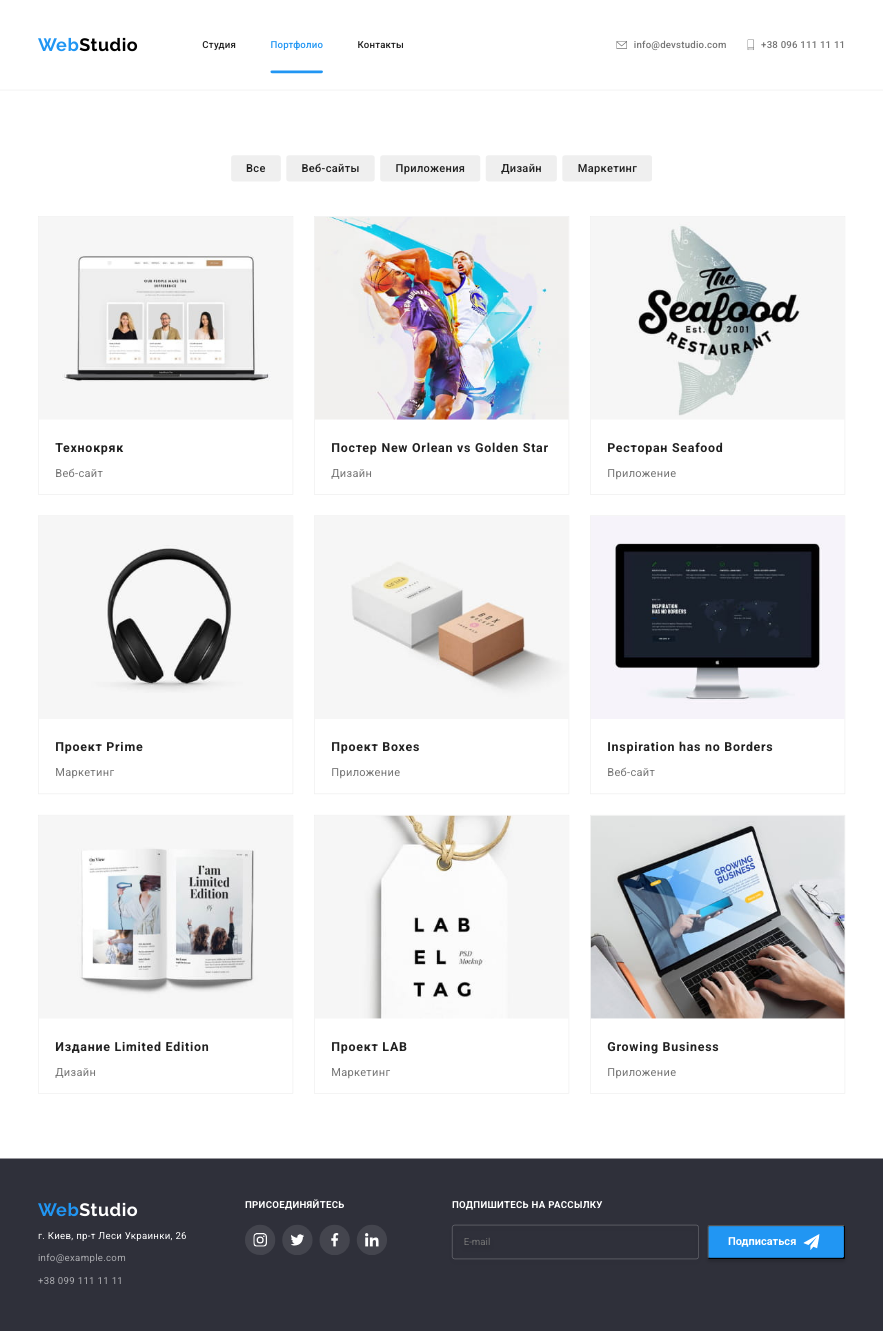
Repository: UliyaKucherernko/home-work-8
Page: porfolio.html
The author's editor kept a copy of each file at every save. The page is drawn from the files as they stood at one save, then again after the next save.
The browser window is 1280 px wide. The pictures show the whole page, at 69% of full size.
Some web libraries are served in a nearby version. The style sheet was rebuilt from its Sass, Less or Tailwind sources for each picture, by a compiler version that may differ from the author's.

Above is the page before, as saved 2021-05-05 19:15:53.

### porfolio.html
<!DOCTYPE html>
<html lang="en">
<head>
   <meta charset="UTF-8" />
   <meta http-equiv="X-UA-Compatible" content="IE=edge" />
   <meta name="viewport" content="width=device-width, initial-scale=1.0" />
   <title>WebStudio Портфолио</title>
   <link rel="stylesheet"
      href="https://cdnjs.cloudflare.com/ajax/libs/modern-normalize/1.0.0/modern-normalize.min.css" />
   <link rel="preconnect" href="https://fonts.gstatic.com" />
   <link
      href="https://fonts.googleapis.com/css2?family=Raleway:wght@700&family=Roboto:wght@400;500;700;900&display=swap"
      rel="stylesheet" />
   <link rel="stylesheet" href="./css/styles.min.css" />
</head>
<body>
<header class="header">
   <div class="header__container container">
      <nav class="navigation">
         <a class="link logo" href="index.html">
            <span class="web">Web</span><span class="studio">Studio</span></a>
         <ul class="list">
            <li class="header__menu-item">
               <a href="./index.html" class="link header__menu-link">Студия</a>
            </li>
            <li class="header__menu-item">
               <a href="./porfolio.html" class="link header__menu-link current">Портфолио</a>
            </li>
            <li class="header__menu-item">
               <a href="" class="link header__menu-link">Контакты</a>
            </li>
         </ul>
      </nav>
      <div class="list header__contact-item">
         <a class="link header__link" href="mailto:info@devstudio.com">
            <svg class="header__icon" width="16" height="12">
               <use href="./images/icons-sprite.svg#icon-mail"></use>
            </svg>
            info@devstudio.com
         </a>
         <a class="link header__link" href="tel:+380961111111">
            <svg class="header__icon" width="10" height="16">
               <use href="./images/icons-sprite.svg#icon-phone"></use>
            </svg>
            +38 096 111 11 11
         </a>
      </div>
   </div>
</header>
     <!--что входит в портфолио-->
    <main>
      <section class="gallery">
         <div class="container">
          <ul class="list gallery__btn">
              <li><button class="gallery__btn-filtr" type="button">Все</button></li>
              <li><button class="gallery__btn-filtr" type="button">Веб-сайты</button></li>
              <li><button class="gallery__btn-filtr" type="button">Приложения</button></li>
              <li><button class="gallery__btn-filtr" type="button">Дизайн</button></li>
              <li><button class="gallery__btn-filtr" type="button">Маркетинг</button></li>
          </ul>
 <ul class="gallery__list">
      <div class="gallery__card">
         <div class="gallery__thumb">
            <li><img src="./images/1-monitor.jpg" alt="на мониторе 3 фотокарточки людей" width="370">
               <div class="gallery__overlay">
                  <p class="gallery__text-overlay">Технокряк это современная площадка распространения коронавируса.
                        Компании используют эту платформу для цифрового
                        шпионажа и атак на защищённые сервера конкурентов.</p>
               </div>
            </li>
         </div>
                  <div class="gallery__text">
                       <h3 class="gallery__name">Технокряк</h3>
                       <p class="gallery__main-name">Веб-сайт</p>
                  </div>
      </div>
      <div class="gallery__card">
         <div class="gallery__thumb">
            <li><img src="./images/2-nba.jpg" alt="2 прня играют в баскетбол" width="370">
               <div class="gallery__overlay">
                     <p class="gallery__text-overlay">New Orleans Pelicans — профессиональный баскетбольный клуб,
                         выступающий в Национальной баскетбольной ассоциации.
                     Изначально годом основания команды считался 1988 год.</p>
               </div>
            </li>
         </div>
                  <div class="gallery__text">
                     <h3 class="gallery__name">Постер New Orlean vs Golden Star</h3>
                        <p class="gallery__main-name">Дизайн</p>
                  </div>
      </div>
      <div class="gallery__card">
         <div class="gallery__thumb">
            <li><img src="./images/3-seafood.jpg" alt="рыбный ресторан" width="370">
               <div class="gallery__overlay">
                     <p class="gallery__text-overlay">Рыбный ресторан «Seafood» расположен по бульвару Леси Украинки, недалеко от станции метро Печерская. При входе
                     слева расположен большой аквариум со свежими устрицами.</p>
               </div>
            </li>
         </div>
                  <div class="gallery__text">
                     <h3 class="gallery__name">Ресторан Seafood</h3>
                     <p class="gallery__main-name">Приложение</p>
                  </div>
      </div>
      <div class="gallery__card">
         <div class="gallery__thumb">
            <li><img src="./images/4-prime.jpg" alt="наушники" width="370">
               <div class="gallery__overlay">
                  <p class="gallery__text-overlay">Наушники представляют собой пару небольших по размеру головных телефона или блока наушника,
                      надеваемых на голову или вставляемых прямо в ушные каналы.</p>
               </div>
            </li>
         </div>
                  <div class="gallery__text">
                     <h3 class="gallery__name">Проект Prime</h3>
                     <p class="gallery__main-name">Маркетинг</p>
                  </div>
      </div>

      <div class="gallery__card">
         <div class="gallery__thumb">
            <li><img src="./images/5-boxes.jpg" alt="2 коробки разного размера" width="370">
               <div class="gallery__overlay">
                  <p class="gallery__text-overlay">BOXES - изделие простой конструкции из картона или другого плотного материала
                      в форме многогранника</p>
               </div>
            </li>
         </div>
                  <div class="gallery__text">
                     <h3 class="gallery__name">Проект Boxes</h3>
                     <p class="gallery__main-name">Приложение</p>
                  </div>
      </div>

      <div class="gallery__card">
         <div class="gallery__thumb">
            <li><img src="./images/6-borders.jpg" alt="монитор борд с картой мира" width="370">
               <div class="gallery__overlay">
                  <p class="gallery__text-overlay">Реклама - аправление в маркетинговых коммуникациях, в рамках которого производится
                     распространение информации для привлечения
                  внимания к объекту рекламирования с целью формирования или поддержания интереса к нему.</p>
               </div>
            </li>
         </div>
                  <div class="gallery__text">
                     <h3 class="gallery__name">Inspiration has no Borders</h3>
                     <p class="gallery__main-name">Веб-сайт</p>
                  </div>
      </div>
      <div class="gallery__card">
         <div class="gallery__thumb">
            <li><img src="./images/7-magazine.jpg" alt="журнал" width="370">
               <div class="gallery__overlay">
                  <p class="gallery__text-overlay">Специальный вид издания художественного произведения, куда включены дополнительные материалы, отсутствующие в стандартной версии.</p>
               </div>
            </li>
         </div>
                  <div class="gallery__text">
                     <h3 class="gallery__name">Издание Limited Edition</h3>
                     <p class="gallery__main-name">Дизайн</p>
                  </div>
      </div>
      <div class="gallery__card">
         <div class="gallery__thumb">
            <li><img src="./images/8-labels.jpg" alt="белая этикетка бирка" width="370">
               <div class="gallery__overlay">
                  <p class="gallery__text-overlay">Label-графический или текстовый знак,
                     нанесённый в виде наклейки, бирки или талона на товар, экспонат, любой другой продукт
                  производства, с указанием торговой марки производителя.</p>
               </div>
            </li>
         </div>
                  <div class="gallery__text">
                     <h3 class="gallery__name">Проект LAB</h3>
                     <p class="gallery__main-name">Маркетинг</p>
                  </div>
      </div>
      <div class="gallery__card">
         <div class="gallery__thumb">
            <li><img src="./images/9-nout.jpg" alt="печатают на ноуте" width="370">
               <div class="gallery__overlay">
                  <p class="gallery__text-overlay">Offline/Online - работа, доступная для широких масс населения, использующая главные достоинства Интернета</p>
               </div>
            </li>
         </div>
                     <div class="gallery__text">
                        <h3 class="gallery__name">Growing Business</h3>
                        <p class="gallery__main-name">Приложение</p>
                     </div>
      </div>
   </ul>
      </div>
     </section>
    </main>

   <!--подвал-->
   <footer class="footer">
      <div class="container footer__container">
         <div class="footer__block">
            <a class="link logo" href="index.html">
               <span class="web">Web</span><span class="footer__studio">Studio</span></a>
            <address>
               <ul class="footer__list">
                  <li>
                     <a href="" class="link footer__adress">г. Киев, пр-т Леси Украинки, 26</a>
                  </li>
                  <li>
                     <a href="mailto:info@example.com" class="link footer__contact">info@example.com</a>
                  </li>
                  <li>
                     <a href="+380991111111" class="link footer__contact">+38 099 111 11 11</a>
                  </li>
               </ul>
            </address>
         </div>
         <div class="footer__block">
            <p class="footer__sleng">присоединяйтесь</p>
            <ul class="social-icons">
               <li class="social-icon-item">
                  <a href="" class="social-icon-link footer__icon">
                     <svg>
                        <use href="./images/icons-sprite.svg#icon-instagram"></use>
                     </svg>
                  </a>
               </li>
               <li class="social-icon-item">
                  <a href="" class="social-icon-link footer__icon">
                     <svg>
                        <use href="./images/icons-sprite.svg#icon-twitter"></use>
                     </svg>
                  </a>
               </li>
               <li class="social-icon-item">
                  <a href="" class="social-icon-link footer__icon">
                     <svg>
                        <use href="./images/icons-sprite.svg#icon-facebook"></use>
                     </svg>
                  </a>
               </li>
               <li class="social-icon-item">
                  <a href="" class="social-icon-link footer__icon">
                     <svg>
                        <use href="./images/icons-sprite.svg#icon-linkedin"></use>
                     </svg>
                  </a>
               </li>
            </ul>
         </div>
         <div class="footer__block">
            <p class="footer__sleng">подпишитесь на рассылку</p>
            <form name="footer__form" class="footer__form" novalidate>
               <input type="email" name="email" class="footer__contact-form" id="user_email" placeholder="E-mail" />
               <button type="submit" class="footer__button">Подписаться
                  <svg class="footer__icon-send" width="24px" height="24px">
                     <use href="./images/icons-sprite.svg#icon-icon-send"></use>
                  </svg>
               </button>
            </form>
         </div>
      </div>
   </footer>
   </body>
   </html>

### sass/styles.scss
@import "./vendors/modern-normalize";
@import "./utils/variables";

@import "./base/common";
@import "./base/container";

@import "./components/button";
@import "./components/social-icon";
@import "./components/logo";
@import "./components/section-title";
@import "./components/modal";
@import "./components/modal-form";
@import "./components/contract-checkbox";

@import "./layouts/grid";
@import "./layouts/header";
@import "./layouts/footer";
@import "./layouts/hero";
@import "./layouts/gallery";
@import "./layouts/work";
@import "./layouts/team";
@import "./layouts/cliens";
@import "./layouts/features";
@import "./layouts/navigation";

### sass/utils/_variables.scss
:root {
  --main-text-color: #757575;
  --accent-color: #2196f3;
  --title-color: #212121;
  --dark-bg-color: #2f303a;
  --content-color: #ffffff;
  --team-color: #f5f4fa;
  --social-color: #afb1b8;
  --grid-item: 1;
}

### sass/base/_common.scss
:focus {
  outline: none;
}

*,
*::after,
*::before {
  box-sizing: inherit;
}

address {
  font-style: normal;
}

body {
  font-family: "Roboto", sans-serif;
  font-size: 14px;
  font-weight: 500;
  line-height: 16px;
  letter-spacing: 0.02em;
  text-align: left;
  color: var(--main-text-color);
  margin: 0;
}

.link {
  text-decoration: none;
  color: inherit;
}
h1,
h2,
h3,
p,
ul,
li {
  margin: 0;
  padding: 0;
}

.list {
  display: flex;
  justify-content: center;
  margin-top: 0;
  margin-bottom: 0;
  padding-left: 0;
  list-style: none;
}

### sass/base/_container.scss
.container {
  width: 1200px;
  padding-left: 15px;
  padding-right: 15px;
  margin-right: auto;
  margin-left: auto;
  box-sizing: border-box;
}

.header__container {
  color: var(--title-color);
  display: flex;
  justify-content: flex-end;
  align-items: center;
}

.footer__container {
  display: flex;
  justify-content: space-between;
}

### sass/components/_button.scss
button:hover,
button:focus {
  background: var(--accent-color);
  color: var(--content-color);
  transition-duration: 250ms;
  transition-timing-function: cubic-bezier(0.4, 0, 0.2, 1);
}

button {
  cursor: pointer;
  font-family: inherit;
}

### sass/components/_social-icon.scss
.social-icons {
  display: inline-flex;
}

.social-icon-item {
  display: block;
}

.social-icon-item svg {
  width: 20px;
  height: 20px;
}

.social-icon-item:not(:last-child) {
  margin-right: 10px;
}

.social-icon-link {
  display: flex;
  justify-content: center;
  align-items: center;
  width: 44px;
  height: 44px;
  border-radius: 50%;
}

.social-icon-link:hover,
.social-icon-link:focus {
  background-color: var(--accent-color);
  transition-duration: 250ms;
  transition-timing-function: cubic-bezier(0.4, 0, 0.2, 1);
}

### sass/components/_logo.scss
.logo {
  font-family: Raleway;
  font-weight: 700;
  font-size: 26px;
  line-height: 1.19;
  letter-spacing: 0.03em;
}

.web {
  color: var(--accent-color);
}

.studio {
  color: #000000;
  margin-right: 93px;
}

.footer__studio {
  color: var(--content-color);
}

### sass/components/_section-title.scss
.section-title {
  margin-top: 0;
  margin-bottom: 0;
  text-align: center;
  font-weight: 700;
  font-size: 36px;
  line-height: 1.16;
  letter-spacing: 0.03em;
  color: var(--title-color);
}

### sass/components/_modal-form.scss
.modal__form {
  width: 100%;
  margin-right: auto;
  margin-left: auto;
}

.modal__form-block {
  position: relative;
  height: 40px;
  margin-bottom: 10px;
}

.modal__form-block:hover svg,
.modal__form-block:focus svg {
  fill: var(--accent-color);
  transition-duration: 250ms;
  transition-timing-function: cubic-bezier(0.4, 0, 0.2, 1);
}

.modal__form-blok {
  position: relative;
  width: 100%;
}

textarea {
  font-family: inherit;
  width: 100%;
  border-width: 2px;
  border-radius: 4px;
  padding: 12px 16px;
  border-color: rgba(33, 33, 33, 0.2);
  resize: none;
  margin-top: 4px;
  margin-bottom: 20px;
}

### sass/layouts/_grid.scss
.grid-item {
  flex-basis: calc((100% - 30px * var(--grid-item)) / var(--grid-item));
}

### sass/layouts/_header.scss
.header {
  padding: 25px 0;
  border-bottom: 1px solid #eeeeee;
}

.header__adress {
  font-weight: 500;
  font-size: 14px;
  line-height: 1.14;
  letter-spacing: 0.02em;
  color: var(--main-text-color);
}

.header__menu-link {
  position: relative;
  display: block;
  padding-top: 32px;
  padding-bottom: 32px;
  transition-duration: 250ms;
  transition-timing-function: cubic-bezier(0.4, 0, 0.2, 1);
}

.header__link {
  display: inline-flex;
  align-items: center;
  text-decoration: none;
  font-style: normal;
  font-weight: 500;
  font-size: 14px;
  letter-spacing: 0.02em;
  color: var(--main-text-color);
}

.header__menu-item:not(:last-child) {
  margin-right: 50px;
}

.header__link:hover,
.header__link:focus {
  color: var(--accent-color);
  transition-duration: 250ms;
  transition-timing-function: cubic-bezier(0.4, 0, 0.2, 1);
}

.header__link:not(:last-child) {
  margin-right: 30px;
}

.header__icon {
  fill: var(--main-text-color);
  margin-right: 10px;
}

.header__menu-link:hover,
.header__menu-link:focus {
  color: var(--accent-color);
  transition-duration: 250ms;
  transition-timing-function: cubic-bezier(0.4, 0, 0.2, 1);
}

.header__link:hover .header__icon,
.header__link:focus .header__icon {
  fill: var(--accent-color);
  transition-duration: 250ms;
  transition-timing-function: cubic-bezier(0.4, 0, 0.2, 1);
}

.current {
  color: var(--accent-color);
}

.current::after {
  content: "";
  position: absolute;
  display: block;
  width: 100%;
  height: 4px;
  border-radius: 2px;
  left: 0;
  bottom: -1px;
  background-color: var(--accent-color);
}

### sass/layouts/_hero.scss
.hero__section {
  max-width: 1600px;
  height: 600px;
  margin-left: auto;
  margin-right: auto;
  padding: 200px 0;
  box-sizing: border-box;
  background: #c4c4c4;
}

.hero {
  display: flex;
  flex-direction: column;
  justify-content: center;
  align-items: center;
}

.hero__sleng {
  margin-top: auto;
  margin-bottom: 30px;
  margin-left: auto;
  margin-right: auto;
  width: 696px;
  height: 120px;
  font-weight: 900;
  font-size: 44px;
  line-height: 1.36;
  letter-spacing: 0.06em;
  text-transform: uppercase;
  text-align: center;
  color: var(--content-color);
}

.overlay {
  max-width: 1600px;
  height: 600px;
  margin-left: auto;
  margin-right: auto;
  background-image: linear-gradient(
      to right,
      rgba(47, 48, 58, 0.4),
      rgba(47, 48, 58, 0.4)
    ),
    url(../images/team-overlay.jpg);
  background-repeat: no-repeat;
  background-position: center;
  background-size: cover;
}

.hero__btn {
  padding: 10px 32px;
  min-width: 136px;
  font-weight: 700;
  font-size: 16px;
  line-height: 1.87;
  letter-spacing: 0.06em;
  background: var(--accent-color);
  border-radius: 4px;
  border: 0;
  color: #ffffff;
}

### sass/layouts/_work.scss
.work {
  padding: 94px 0;
}

.work__box-product {
  position: relative;
  height: 294px;
  padding: 0;
}

.work__box-product:not(:last-child) {
  margin-right: 30px;
}

.work__boxes {
  display: flex;
  margin-top: 50px;
  list-style: none;
  padding-left: 0;
}

.work__content {
  position: absolute;
  display: flex;
  justify-content: center;
  align-items: center;
  font-weight: bold;
  line-height: 1.14;
  text-transform: uppercase;
  top: 224px;
  right: 0;
  width: 100%;
  height: 70px;
  color: var(--content-color);
  background-color: rgba(47, 48, 58, 0.8);
}

### sass/layouts/_team.scss
.team {
  padding: 94px 0;
  background-color: var(--team-color);
}

.team__body {
  display: flex;
  justify-content: center;
  margin-top: 50px;
  list-style: none;
}

.team__card {
  text-align: center;
  background: white;
  width: 270px;
  height: 428px;
  box-sizing: border-box;
  box-shadow: 0px 1px 3px rgba(0, 0, 0, 0.12), 0px 1px 1px rgba(0, 0, 0, 0.14),
    0px 2px 1px rgba(0, 0, 0, 0.2);
  border-radius: 0px 0px 4px 4px;
}

.team__card:not(:last-child) {
  margin-right: 30px;
}

.team__names {
  padding: 30px 0;
}

.names {
  margin-bottom: 10px;
  font-weight: 500;
  font-size: 16px;
  line-height: 1.18;
  letter-spacing: 0.03em;
  color: var(--title-color);
}

.team__profession {
  margin-top: 10px;
  margin-bottom: 16px;
  font-weight: 400;
  font-size: 16px;
  line-height: 1.18;
  letter-spacing: 0.03em;
  color: var(--main-text-color);
}

.team__icon svg {
  fill: var(--social-color);
}

.team__icon:hover svg,
.team__icon:focus svg {
  fill: var(--content-color);
  transition-duration: 250ms;
  transition-timing-function: cubic-bezier(0.4, 0, 0.2, 1);
}

### sass/layouts/_cliens.scss
.clients {
  padding: 94px 0;
}

.client__logo {
  fill: var(--social-color);
}

.clients__list {
  display: flex;
  align-items: center;
  justify-content: center;
  list-style: none;
}

.client__logo:hover,
.client__logo:focus {
  fill: var(--accent-color);
  transition-duration: 250ms;
  transition-timing-function: cubic-bezier(0.4, 0, 0.2, 1);
}

.clients__item:not(:last-child) {
  margin-right: 30px;
}

.client__link {
  margin-top: 50px;
  display: flex;
  justify-content: center;
  align-items: center;
  width: 170px;
  height: 90px;
  border: 1px solid #afb1b8;
  border-radius: 4px;
}

.client__link:hover,
.client__link:focus {
  border: 1px solid var(--accent-color);
  transition-duration: 250ms;
  transition-timing-function: cubic-bezier(0.4, 0, 0.2, 1);
}

### sass/layouts/_features.scss
.features {
  padding-top: 94px;
}

.feature__list {
  display: flex;
  padding-left: 0;
  list-style: none;
}

.feature__item {
  width: 270px;
}

.feature__item:not(:last-child) {
  margin-right: 30px;
}

.feature__icon {
  display: inline-flex;
  justify-content: center;
  align-items: center;
  padding: 25px 0;
  background-color: var(--team-color);
  border-radius: 4px;
  width: 270px;
}

.feature__main-text {
  margin-top: 30px;
  font-weight: 700;
  font-size: 14px;
  line-height: 1.14;
  letter-spacing: 0.03em;
  text-transform: uppercase;
  color: var(--title-color);
}

.feature__text {
  margin-top: 12px;
  font-weight: 400;
  font-size: 14px;
  line-height: 1.71;
  letter-spacing: 0.03em;
  color: var(--main-text-color);
  font-size: 14px;
  line-height: 1.71;
  letter-spacing: 0.03em;
  color: var(--main-text-color);
}

### sass/layouts/_navigation.scss
.navigation {
  display: flex;
  align-items: center;
  margin-right: auto;
}

Loaded but not shown: sass/components/_modal.scss (157 lines, source omitted); sass/layouts/_gallery.scss (113 lines, source omitted); sass/layouts/_footer.scss (106 lines, source omitted); sass/vendors/_modern-normalize.scss (1 lines, source omitted); sass/components/_contract-checkbox.scss (65 lines, source omitted)

After the next save:
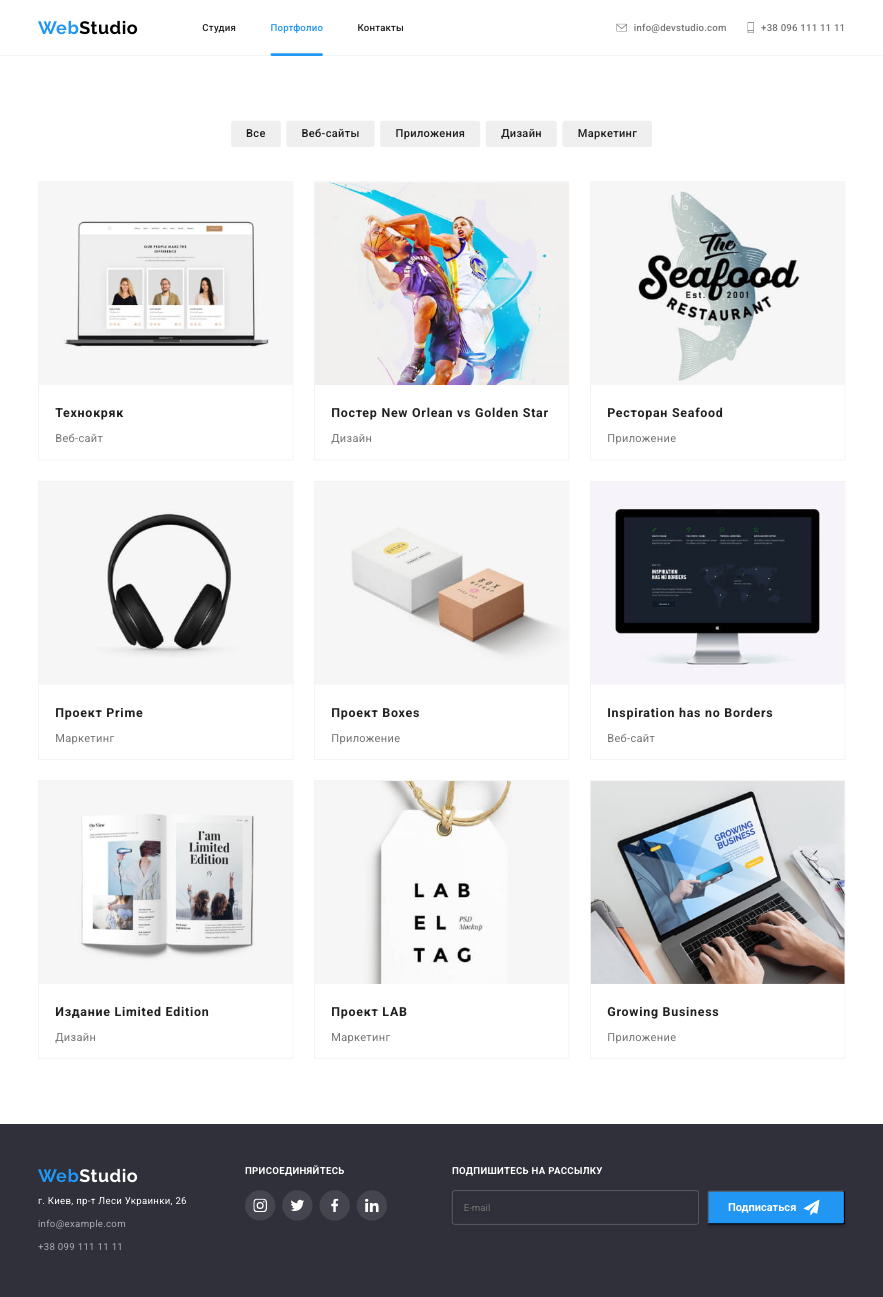
Saved 30 s later.
--- a/sass/layouts/_header.scss
+++ b/sass/layouts/_header.scss
@@ -1,5 +1,4 @@
 .header {
-  padding: 25px 0;
   border-bottom: 1px solid #eeeeee;
 }
 
